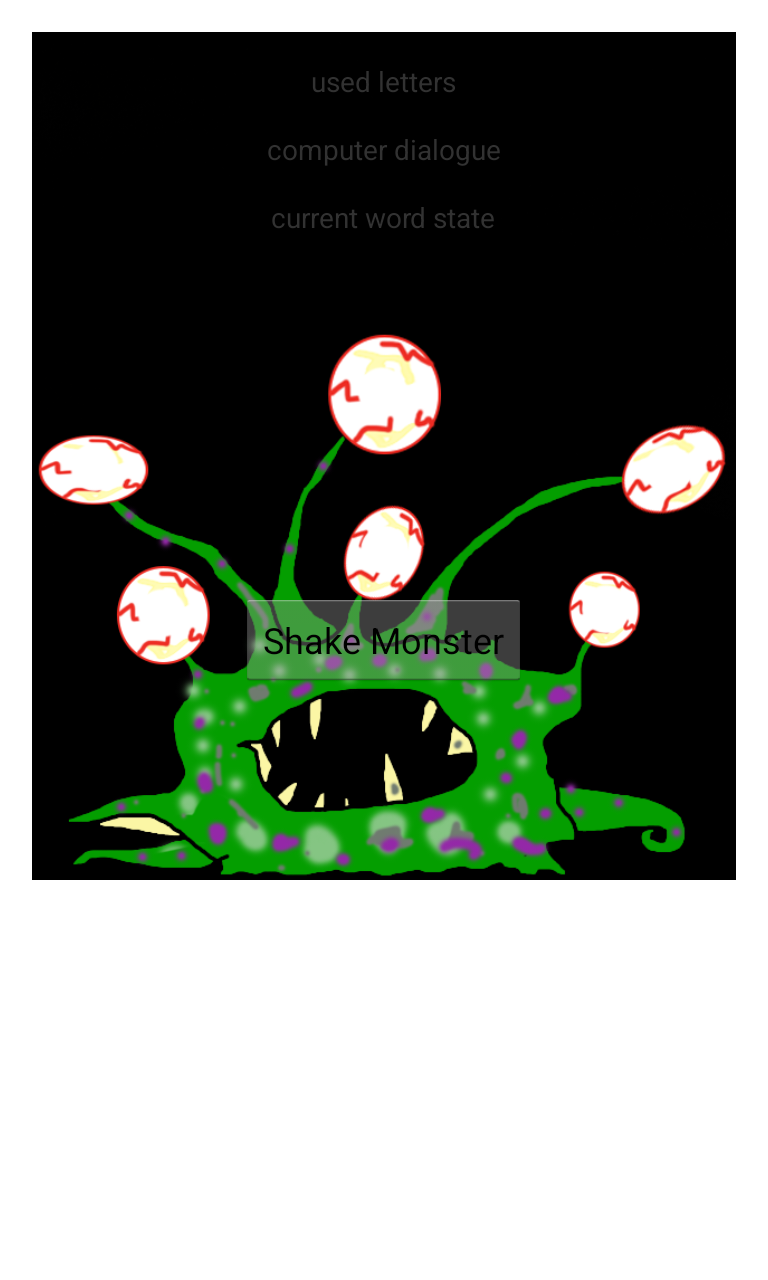
Repository: svandenhout/EvilSpaceMonsterHangman
Layout: evilSpaceMonsterHangman/res/layout/activity_main.xml
The author's editor kept a copy of each file at every save. The layout is drawn from the files as they stood at one save, then again after the next save.
It is drawn on a 768 x 1280 px phone screen (xhdpi) without system bars, with theme AppTheme; the app's code is not run.

Above is the layout before, as saved 2013-12-17 09:28:52.

### evilSpaceMonsterHangman/res/layout/activity_main.xml
<RelativeLayout xmlns:android="http://schemas.android.com/apk/res/android"
              xmlns:tools="http://schemas.android.com/tools"
              android:layout_width="match_parent"
              android:layout_height="match_parent"
              android:paddingLeft="@dimen/activity_horizontal_margin"
              android:paddingRight="@dimen/activity_horizontal_margin"
              android:paddingTop="@dimen/activity_vertical_margin"
              android:paddingBottom="@dimen/activity_vertical_margin"
              tools:context=".MainActivity"
              android:orientation="vertical">

    <ImageView
        android:id="@+id/space_monster"
        android:layout_width="wrap_content"
        android:layout_height="wrap_content"
        android:src="@drawable/spacemonster"
        android:layout_centerHorizontal="true"
        android:adjustViewBounds="true"/>

    <TextView
            android:id="@+id/usedLetters"
            android:layout_width="wrap_content"
            android:layout_height="wrap_content"
            android:text="@string/used_letters"
            android:layout_centerHorizontal="true"
            android:layout_marginTop="15dp"/>

    <TextView
            android:id="@+id/computerDialogue"
            android:layout_width="wrap_content"
            android:layout_height="wrap_content"
            android:layout_centerHorizontal="true"
            android:text="@string/computer_dialogue"
            android:layout_below="@+id/usedLetters"
            android:layout_marginTop="15dp"/>

    <TextView
            android:id="@+id/currentWordState"
            android:layout_width="wrap_content"
            android:layout_height="wrap_content"
            android:layout_below="@id/computerDialogue"
            android:text="@string/current_word_state"
            android:layout_centerHorizontal="true"
            android:layout_marginTop="15dp"/>

    <!-- TODO: make buttons relative to the imageview -->
    <Button
        android:id="@+id/eye_6"
        android:layout_width="50dp"
        android:layout_height="50dp"
        android:layout_alignTop="@+id/space_monster"
        android:layout_alignParentLeft="true"
        android:layout_marginTop="150dp"
        android:background="@null"/>

    <Button
        android:id="@+id/eye_2"
        android:layout_width="50dp"
        android:layout_height="50dp"
        android:layout_alignTop="@+id/space_monster"
        android:layout_marginTop="150dp"
        android:layout_alignParentRight="true"
        android:background="@null"/>

    <Button
        android:id="@+id/eye_5"
        android:layout_width="50dp"
        android:layout_height="50dp"
        android:layout_alignLeft="@+id/eye_6"
        android:layout_below="@+id/eye_6"
        android:layout_marginLeft="30dp"
        android:layout_marginTop="10dp"
        android:background="@null"/>

    <Button
        android:id="@+id/eye_3"
        android:layout_width="50dp"
        android:layout_height="50dp"
        android:layout_alignTop="@+id/space_monster"
        android:layout_centerHorizontal="true"
        android:layout_marginTop="120dp"
        android:background="@null"/>

    <Button
        android:id="@+id/eye_1"
        android:layout_width="50dp"
        android:layout_height="50dp"
        android:layout_alignRight="@+id/eye_2"
        android:layout_below="@+id/eye_2"
        android:layout_marginRight="30dp"
        android:layout_marginTop="10dp"
        android:background="@null"/>

    <Button
        android:id="@+id/eye_4"
        android:layout_width="50dp"
        android:layout_height="50dp"
        android:layout_below="@+id/eye_3"
        android:layout_centerHorizontal="true"
        android:layout_marginTop="15dp"
        android:background="@null"/>

    <Button
        android:id="@+id/shake_button"
        android:layout_width="wrap_content"
        android:layout_height="wrap_content"
        android:layout_alignTop="@+id/space_monster"
        android:layout_centerHorizontal="true"
        android:layout_marginTop="280dp"
        android:text="@string/shake_monster"/>



</RelativeLayout>

### evilSpaceMonsterHangman/res/values/strings.xml
<?xml version="1.0" encoding="utf-8"?>
<resources>

    <string name="app_name" >Hangman
    </string>

    <!-- settings & preferences -->
    <string name="hi_scores" >hi-scores
    </string>
    <string name="settings" >settings
    </string>
    <string name="reset" >reset game
    </string>

    <string name="title_user_name" >user name
    </string>
    <string name="title_word_length">word length
    </string>
    <string name="title_amount_of_turns">amount of turns
    </string>
    <string name="title_evil_mode">Evil Mode
    </string>

    <string name="summary_user_name">set your user name here
    </string>
    <string name="summary_word_length">set the length of the words that you want to use
    </string>
    <string name="summary_amount_of_turns">set the amount of turns until you lose
    </string>
    <string name="summary_evil_mode">Start playing Evil Mode, You will not win
    </string>

    <string name="dialog_user_name" >user name:
    </string>
    <string name="dialog_word_length">word length:
    </string>
    <string name="dialog_amount_of_turns">amount of turns:
    </string>
    <string name="dialog_evil_mode">Evil Mode?
    </string>


    <!-- game ui -->
    <string name="current_word" >current word
    </string>
    <string name="current_word_state" >current word state
    </string>
    <string name="used_letters" >used letters
    </string>
    <string name="computer_dialogue">computer dialogue</string>
    <string name="button_text">~</string>
    <string name="shake_monster">Shake Monster</string>

    <!-- game states -->
    <string name="game_won">game won
    </string>
    <string name="game_lost">game lost
    </string>

    <!-- computer monologue -->
    <string name="cmonologue_start">Pick a letter to start playing</string>
    <string name="cmonologue_used">This letter has already been used, try again</string>
    <string name="cmonologue_invalid">WHAT THE HELL IS THAT!?, try another one</string>
    <string name="cmonologue_wrong">Wrong guess, pick again</string>
    <string name="cmonologue_correct">Lucky, why don\'t you try again?</string>
    <string name="cmonologue_won">:((</string>
    <string name="cmonologue_lost">:-)</string>
</resources>

Loaded but not shown: evilSpaceMonsterHangman/res/values/styles.xml (common file); evilSpaceMonsterHangman/res/values-v11/styles.xml (common file); evilSpaceMonsterHangman/res/values-v14/styles.xml (common file); evilSpaceMonsterHangman/res/values/dimens.xml (common file)

After the next save:
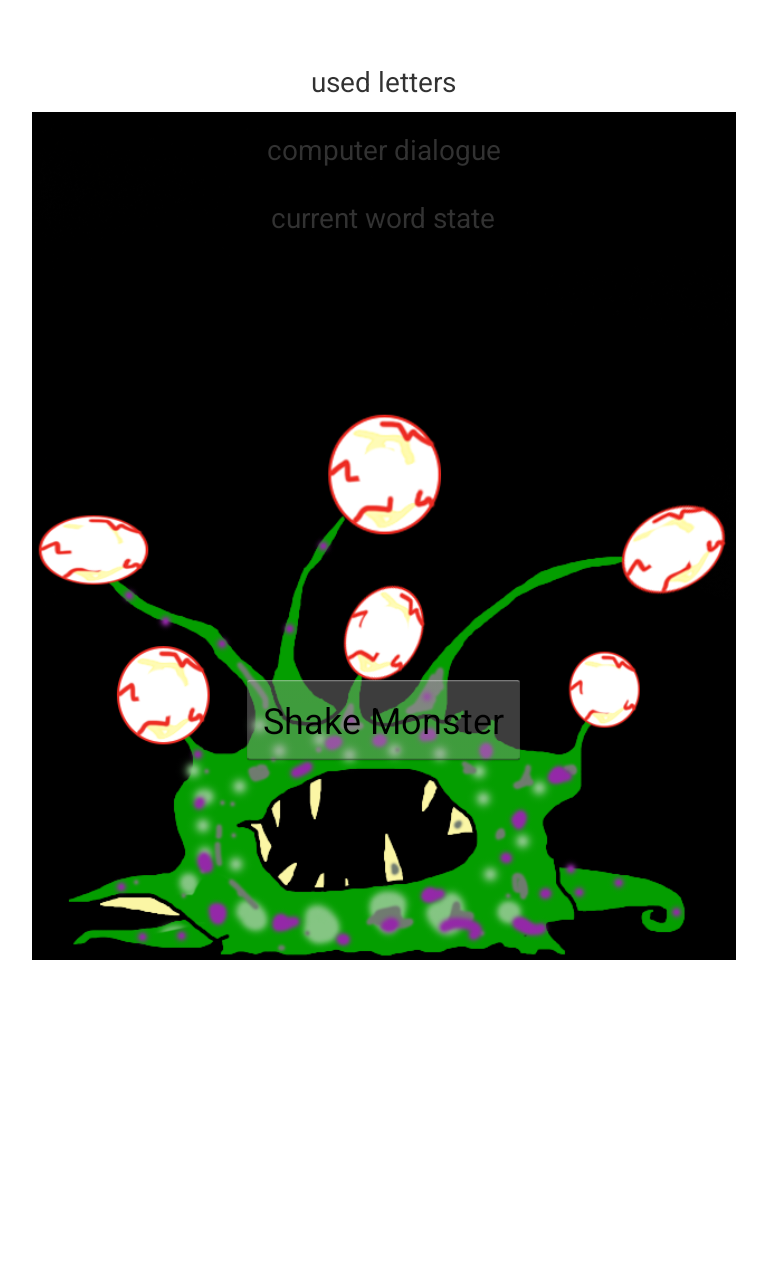
Saved 30 s later.
--- a/evilSpaceMonsterHangman/res/layout/activity_main.xml
+++ b/evilSpaceMonsterHangman/res/layout/activity_main.xml
@@ -14,6 +14,7 @@
         android:layout_width="wrap_content"
         android:layout_height="wrap_content"
         android:src="@drawable/spacemonster"
+        android:layout_marginTop="40dp"
         android:layout_centerHorizontal="true"
         android:adjustViewBounds="true"/>
 
